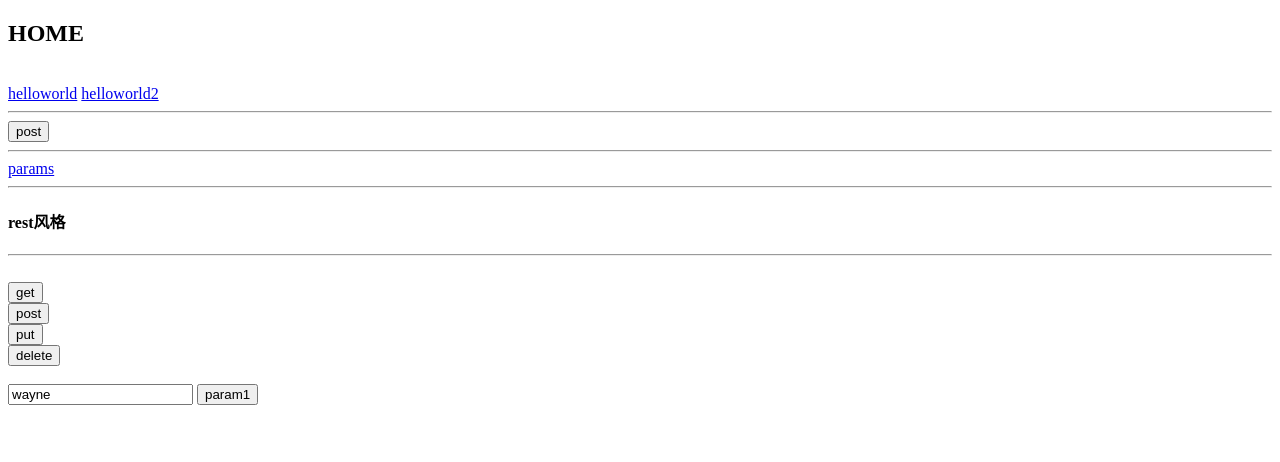
Repository: weiqilin66/workSpaceXD
Page: http://localhost/springmvc-1/
The author's editor kept a copy of each file at every save. The page is drawn from the files as they stood at one save, then again after the next save.
The browser window is 1280 px wide. The pictures show the whole page.
The page is served by Tomcat 9.

Above is the page before, as saved 2019-09-18 08:59:49.

After the next save:
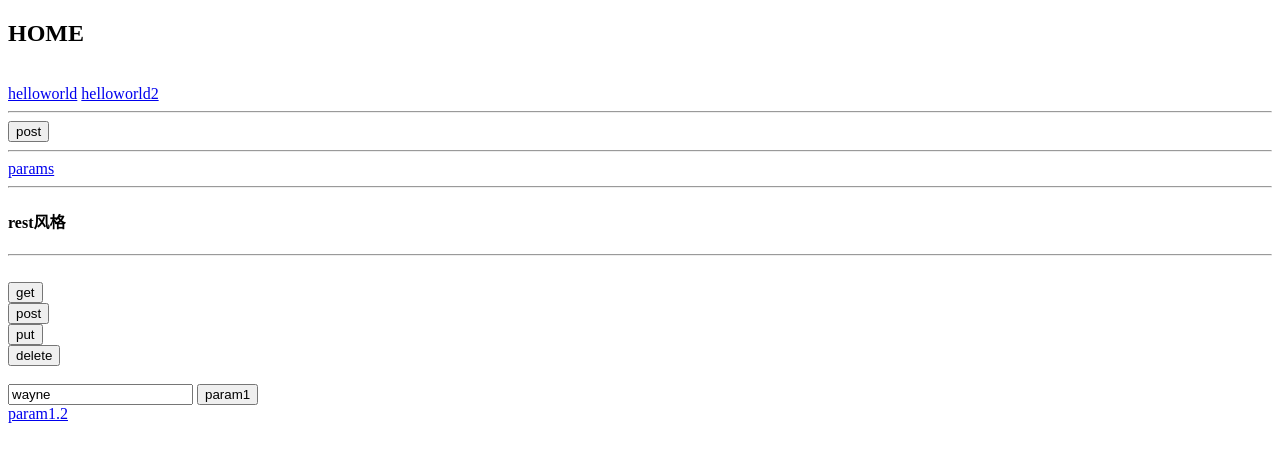
Saved 5 min 15 s later.
--- a/workspace/eclipseworkspace/ws01-study/springmvc-1/WebContent/index.jsp
+++ b/workspace/eclipseworkspace/ws01-study/springmvc-1/WebContent/index.jsp
@@ -41,6 +41,7 @@
 <input type="text" value="wayne" name="username">
 <input type="submit" value="param1">
 </form>
+<a href="param1?username=joy&age=11"> param1.2</a>
 <br>
 <br>
 <br>
